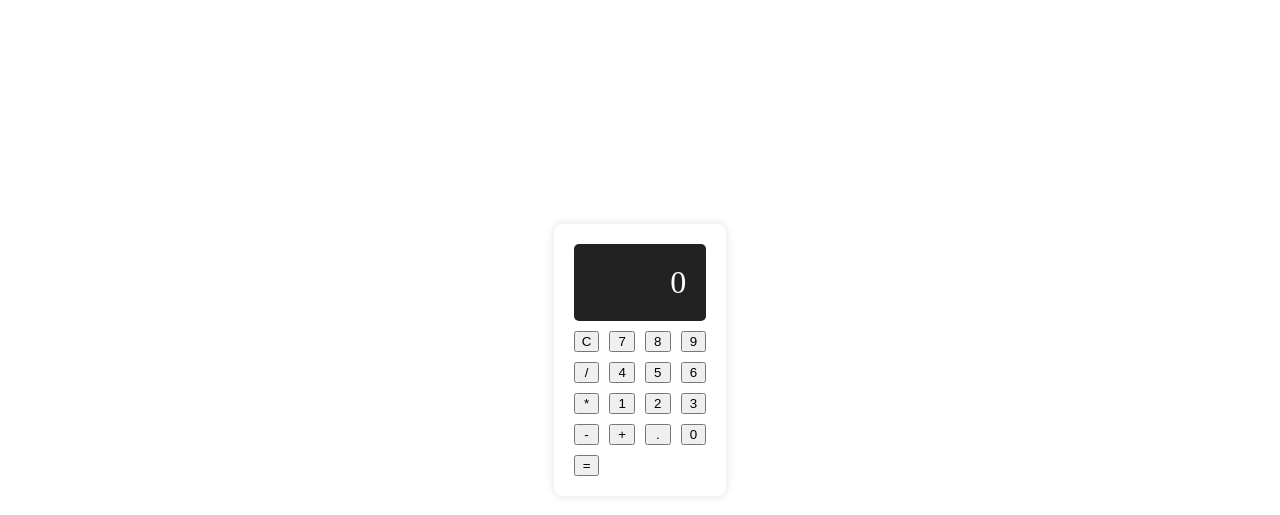
Repository: alizey12/calculator
Page: index.html
An editor plug-in stored every save of this project. The page is shown before and after the next save, followed by the edit.
The browser window is 1280 px wide. The pictures show the whole page.

Above is the page before, as saved 2024-11-23 18:45:06.

### index.html
<!DOCTYPE html>
<html lang="en">
<head>
    <meta charset="UTF-8">
    <meta name="viewport" content="width=device-width, initial-scale=1.0">
    <title>Document</title>
    <link rel="stylesheet" href="styles.css">
</head>
<body>
 <div class="calculator">
            <div class="display" id="display">0</div>
            <div class="buttons">


                <button class="btn" id="clear">C</button>
                <button class="btn">7</button>
                <button class="btn">8</button>
                <button class="btn">9</button>
                <button class="btn operator">/</button>
                <button class="btn">4</button>
                <button class="btn">5</button>
                <button class="btn">6</button>
                <button class="btn operator">*</button>
                <button class="btn">1</button>
                <button class="btn">2</button>
                <button class="btn">3</button>
                <button class="btn operator">-</button>
                <button class="btn operator">+</button>
                <button class="btn">.</button>
                <button class="btn">0</button>
                <button class="btn operator" id="equals">=</button>


            </div>
        </div>


    <script src="script.js"></script>
</body>
</html>

### styles.css
body {
    display: flex;
    justify-content: center;
    align-items: center;
    height: 100vh;
    background-color: #ffffff;
    margin: 0;
}

.calculator {
    border: 1px solid #f3f3f3;
    border-radius: 10px;
    padding: 20px;
    background-color: #fff;
    box-shadow: 0 0 10px rgba(0, 0, 0, 0.1);
}

.display {
    font-size: 2em;
    margin-bottom: 10px;
    padding: 20px;
    background-color: #222;
    color: #fff;
    text-align: right;
    border-radius: 5px;
}


.buttons {
    display: grid;
    grid-template-columns: repeat(4, 1fr);
    gap: 10px;
}
/*
.btn {
    padding: 20px;
    font-size: 1.5em;
    border: none;
    border-radius: 5px;
    background-color: #f0f0f0;
    cursor: pointer;
}

.btn.operator {
    background-color: #da9ac4;
    color: #fff;
}

.btn#clear {
    background-color: #ff3b30;
    color: #fff;
}

.btn#equals {
    grid-column: span 4;
    background-color: #186e2e;
    color: #fff;
} */

Loaded but not shown: script.js (no copy from this time; the picture is the same without it)

After the next save:
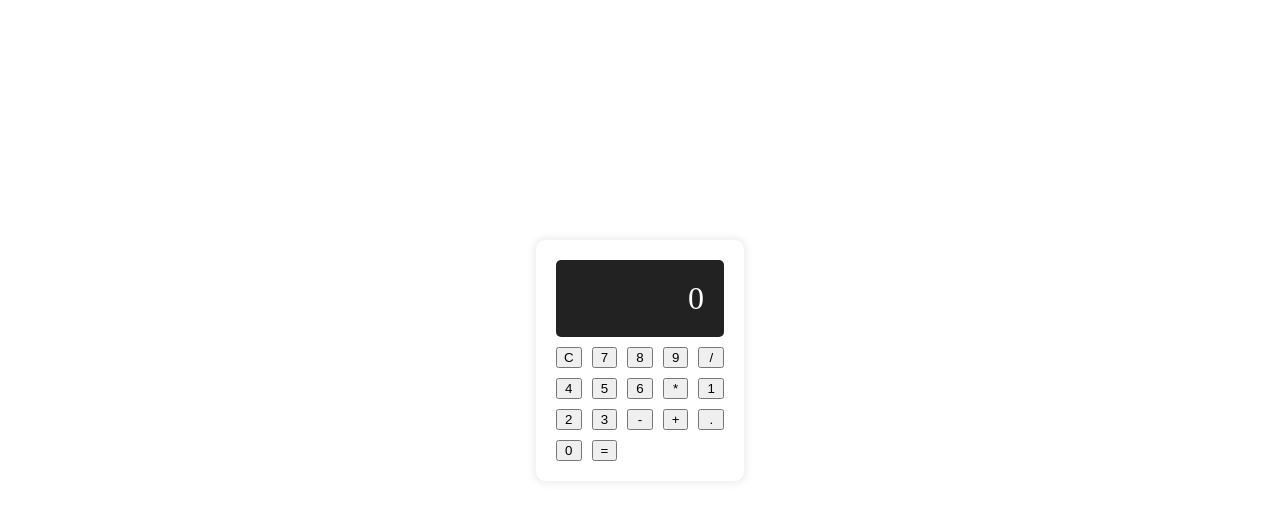
Saved 11 s later.
--- a/styles.css
+++ b/styles.css
@@ -28,7 +28,7 @@ body {
 
 .buttons {
     display: grid;
-    grid-template-columns: repeat(4, 1fr);
+    grid-template-columns: repeat(5, 1fr);
     gap: 10px;
 }
 /*
